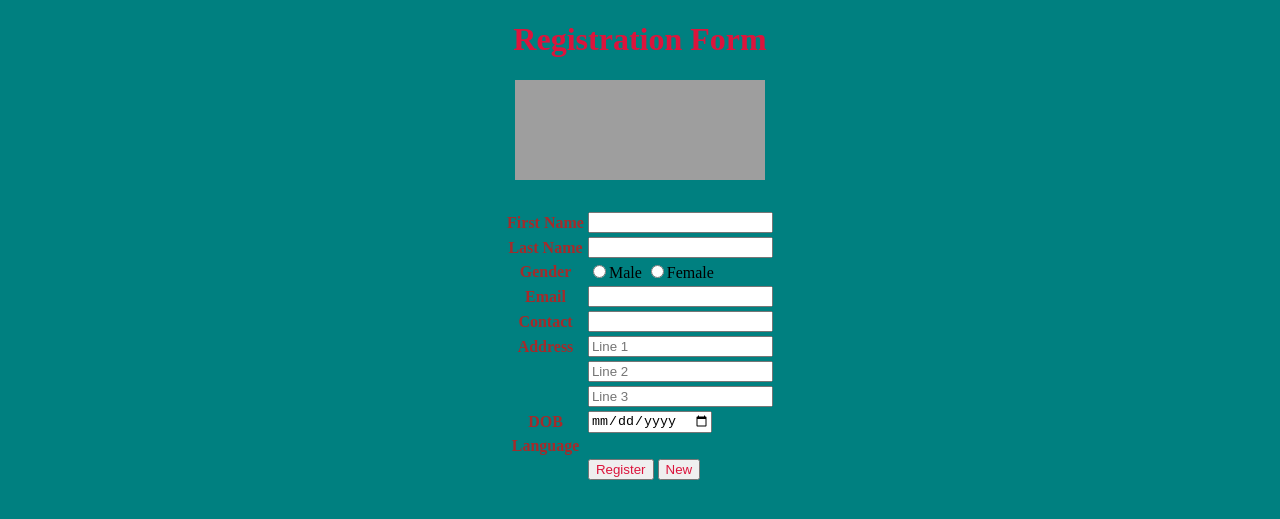
Repository: raviraj226/AdvanceJava
Page: http://localhost/Ravi_Maven/RegistrationForm.jsp
These files come from the project's save history. The page is drawn as it stood at one moment and after the next save; the edit follows.
The browser window is 1280 px wide. The pictures show the whole page.
Pictures or frames that could not be fetched are drawn as grey boxes. The page is served by Tomcat 9.

Above is the page before, as saved 2022-03-11 11:05:06.

After the next save:
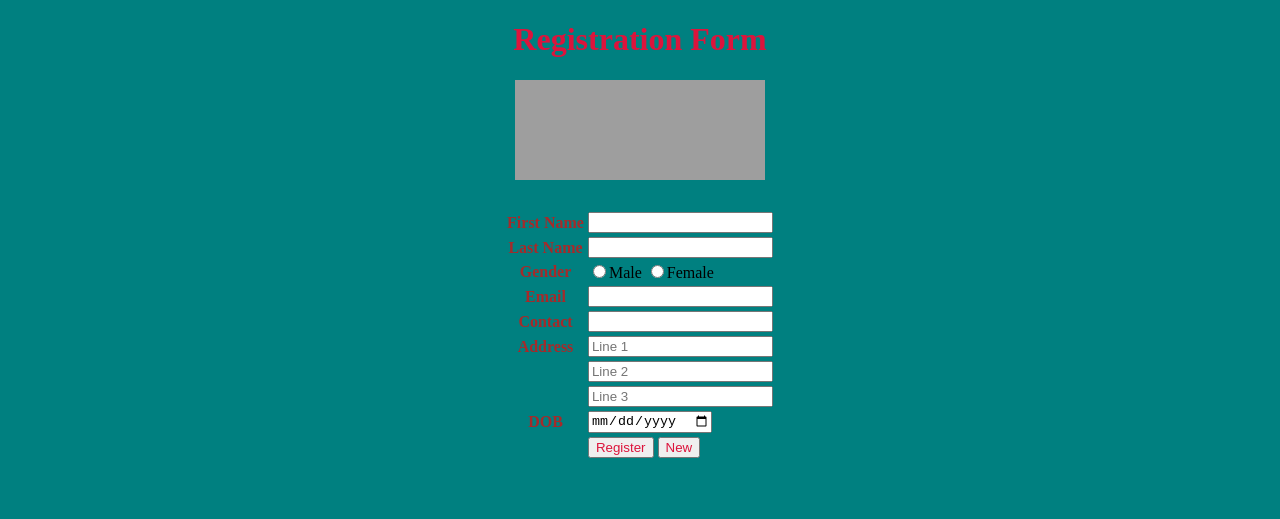
Saved 21 s later.
--- a/Advance Java/Ravi_Maven/src/main/webapp/RegistrationForm.jsp
+++ b/Advance Java/Ravi_Maven/src/main/webapp/RegistrationForm.jsp
@@ -68,12 +68,7 @@
                     <input type="date">
                 </td>
             </tr>
-            <tr>
-                <th>
-                    <label for="fName" style="color: brown;">Language</label>
-                </th>
 
-            </tr>
             <tr>
                 <th></th>
                 <td>
